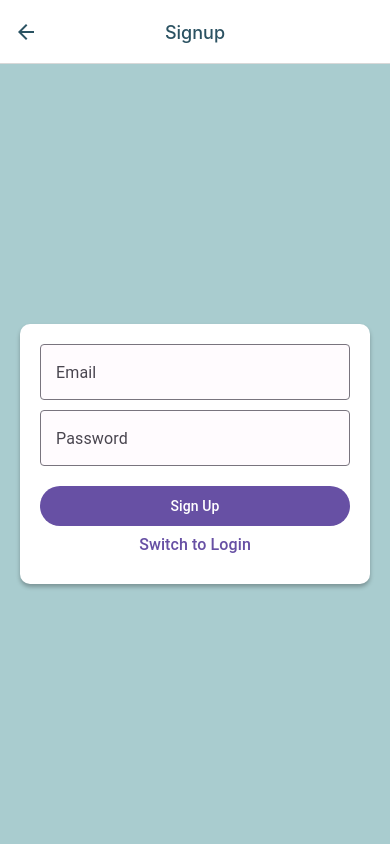
Repository: SaudCh/Expo-Pethub
Screen: /Signup
The author's editor kept a copy of each file at every save. The screen is drawn from the files as they stood at one save, then again after the next save.
The app was drawn by React Native's web renderer in a window 390 px wide. The project was rebuilt for these pictures with package versions that can differ from the ones it lists, and the page was loaded fresh each time. Also part of the build but not shown: Screens/Home.js, Screens/Profile.js, Screens/UpdateProfile.js, Components/Avatar.js, Screens/ForgetPassword.js.

Above is the screen before, as saved 2022-11-15 00:47:37.

After the next save:
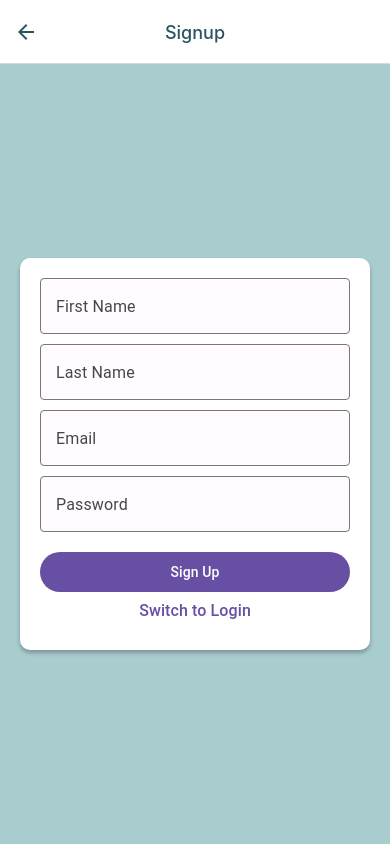
Saved 49 s later.
--- a/Screens/Signup.js
+++ b/Screens/Signup.js
@@ -18,25 +18,38 @@ export default function Login() {
     return (
         <View style={{ ...styles.body }}>
             <View style={{ ...styles.box }}>
-                <View>
-                    <TextInput
-                        mode="outlined"
-                        placeholder="Email"
-                        style={{ marginBottom: 10 }}
-                        value={data.email}
-                        onChangeText={text => setData({ ...data, email: text })}
-                    />
-                </View>
-                <View>
-                    <TextInput
-                        mode="outlined"
-                        placeholder="Password"
-                        value={data.password}
-                        style={{ marginBottom: 10 }}
-                        onChangeText={text => setData({ ...data, password: text })}
-                        secureTextEntry
-                    />
-                </View>
+                <TextInput
+                    mode="outlined"
+                    placeholder="First Name"
+                    style={{ marginBottom: 10 }}
+                    value={data.firstname}
+                    onChangeText={text => setData({ ...data, firstname: text })}
+                />
+
+                <TextInput
+                    mode="outlined"
+                    placeholder="Last Name"
+                    style={{ marginBottom: 10 }}
+                    value={data.lastname}
+                    onChangeText={text => setData({ ...data, lastname: text })}
+                />
+
+                <TextInput
+                    mode="outlined"
+                    placeholder="Email"
+                    style={{ marginBottom: 10 }}
+                    value={data.email}
+                    onChangeText={text => setData({ ...data, email: text })}
+                />
+
+                <TextInput
+                    mode="outlined"
+                    placeholder="Password"
+                    value={data.password}
+                    style={{ marginBottom: 10 }}
+                    onChangeText={text => setData({ ...data, password: text })}
+                    secureTextEntry
+                />
                 <View>
                     <Button mode="contained" onPress={() => navigation.replace('Login')} style={{ marginTop: 10 }} >
                         Sign Up
